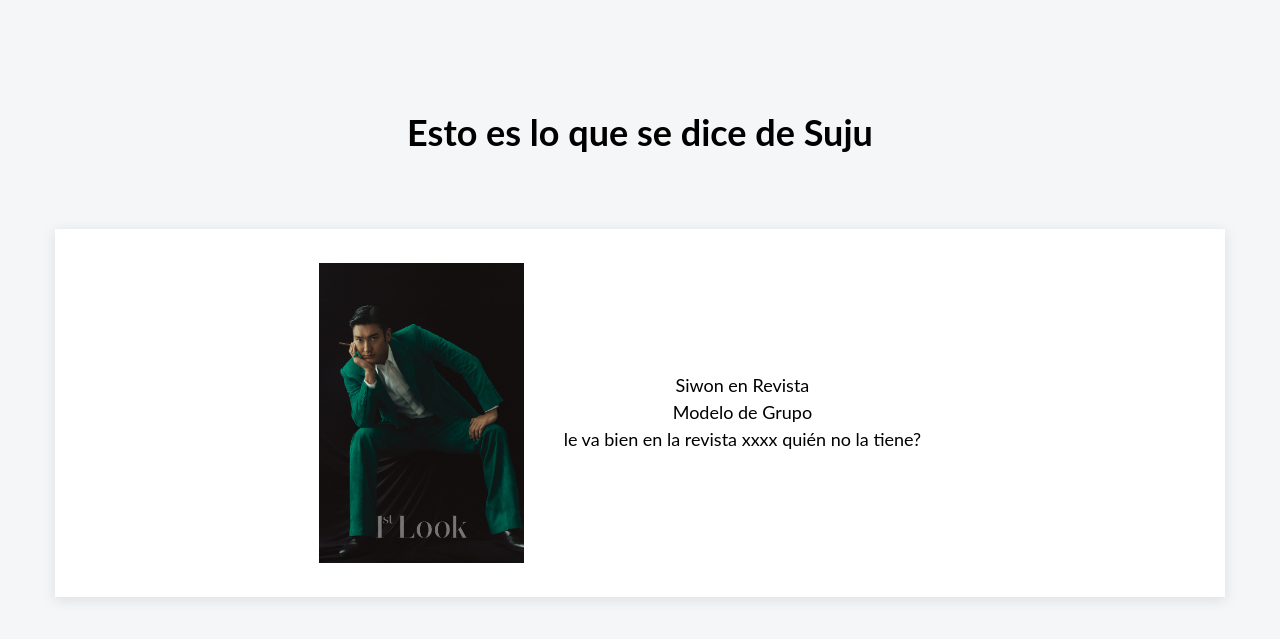
Repository: AleAedo/ReactProyectos1
Page: / (app in testimonios/)
The author's editor kept a copy of each file at every save. The page is drawn from the files as they stood at one save, then again after the next save.
The browser window is 1280 px wide. The pictures show the whole page.
The project was rebuilt for these pictures with package versions that can differ from the ones it lists, and the page was loaded fresh each time.

Above is the page before, as saved 2022-08-10 11:35:11.

After the next save:
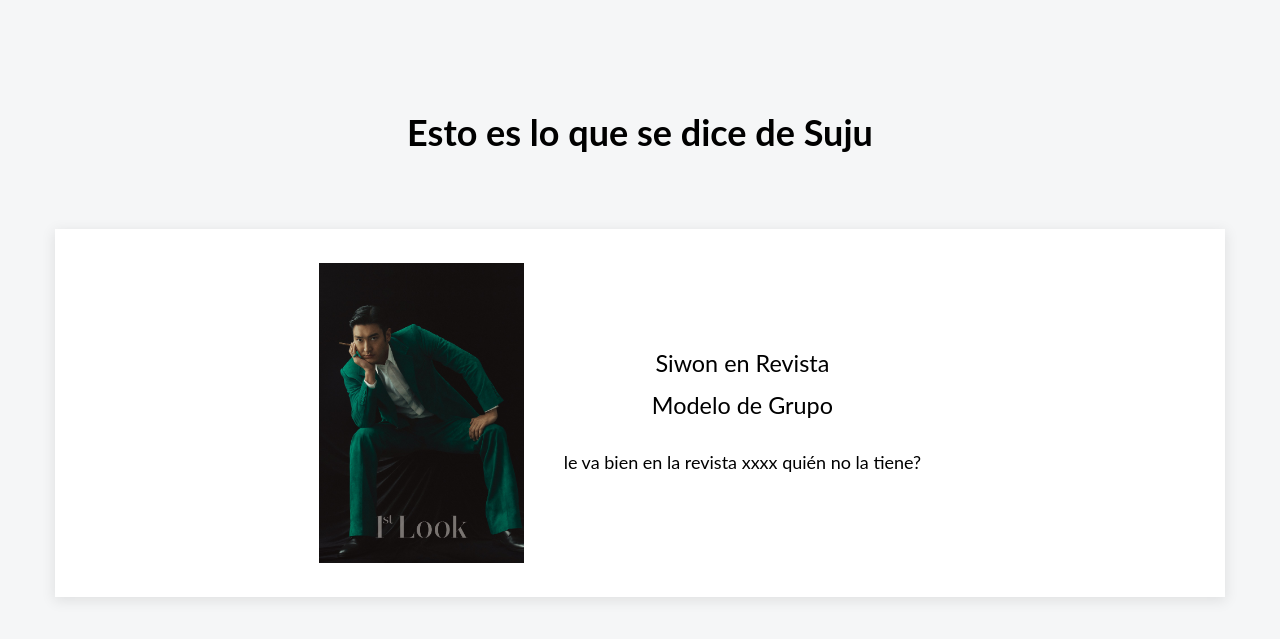
Saved 2 min 57 s later.
--- a/testimonios/src/hojas-de-estilo/Testimonio.css
+++ b/testimonios/src/hojas-de-estilo/Testimonio.css
@@ -19,6 +19,14 @@
   font-weight: 400;
   line-height: 1.5rem;
 }
+.nombre-testimonio {
+  font-size: 1.3rem;
+}
+.cargo-testimonio {
+  font-size: 1.3rem;
+  margin-top: 15px;
+  padding-bottom: 30px;
+}
 .texto-testimonio {
   text-align: justify ;
 }
